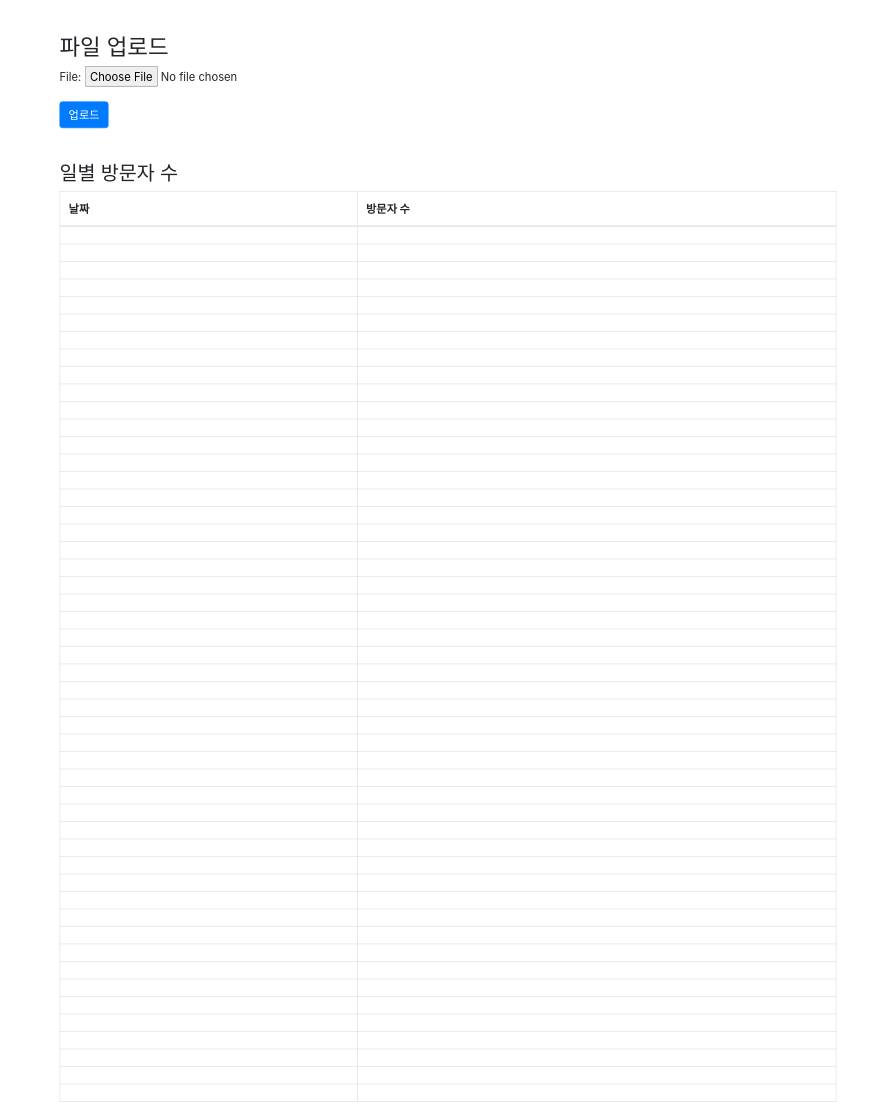
Repository: leeenzang/realmo
Page: http://localhost/file_upload/upload/
The author's editor kept a copy of each file at every save. The page is drawn from the files as they stood at one save, then again after the next save.
The browser window is 1280 px wide. The pictures show the part of the page from y = 0 to 1920 px (the page is 1590 px tall before and 2790 px after), at 70% of full size.
The page is served by the project's application, run on Django 4.2 (manage.py). The page reads the database file committed with the project.

Above is the page before, as saved 2023-08-22 22:51:58.

After the next save:
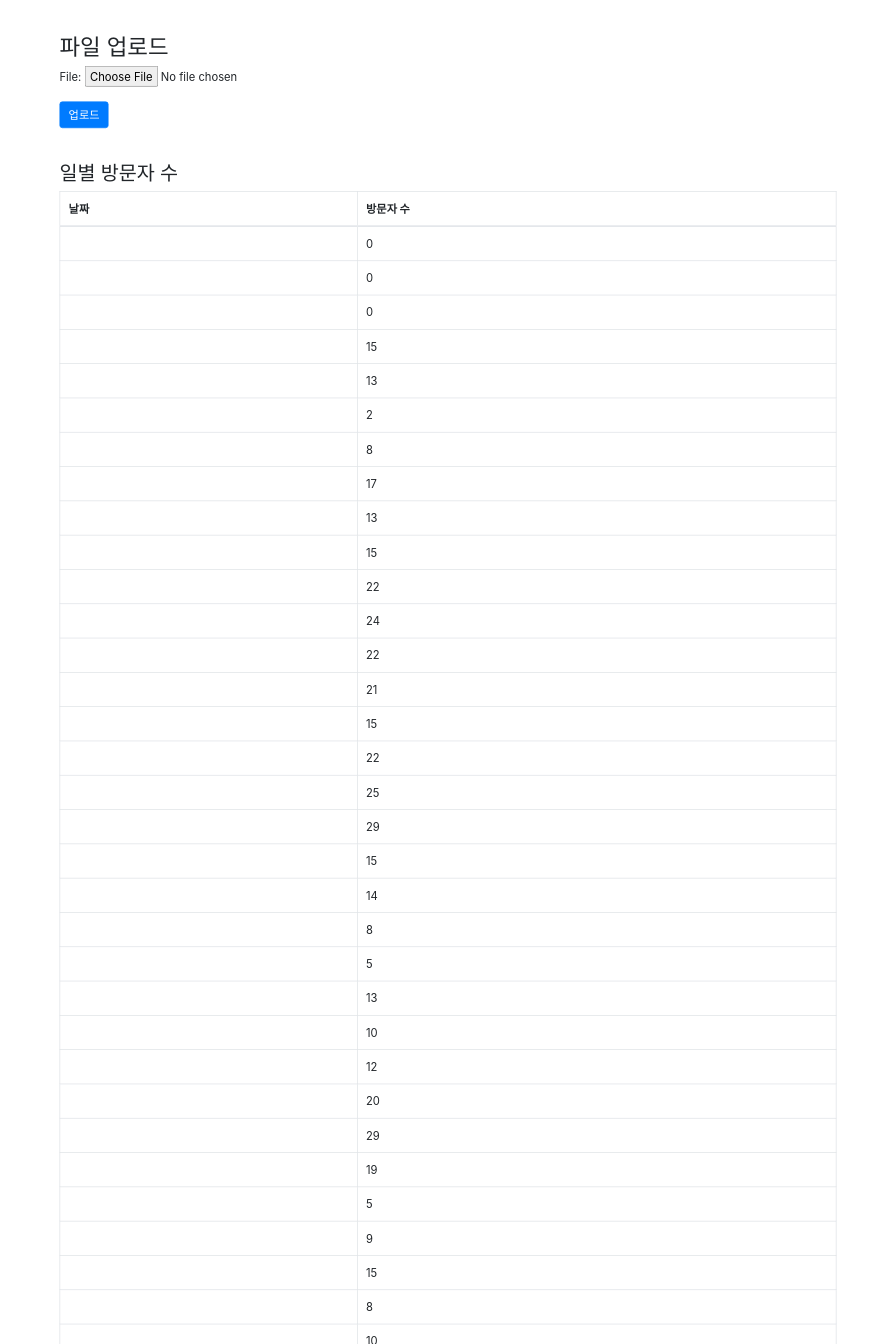
Saved 79 s later.
--- a/file_upload/templates/file_upload/upload.html
+++ b/file_upload/templates/file_upload/upload.html
@@ -30,7 +30,7 @@
             {% for entry in daily_visitors %}
             <tr>
                 <td>{{ entry.사용일 }}</td>
-                <td>{{ entry.count }}</td>
+                <td>{{ entry.new_visitors_count }}</td>
             </tr>
             {% endfor %}
         </tbody>
